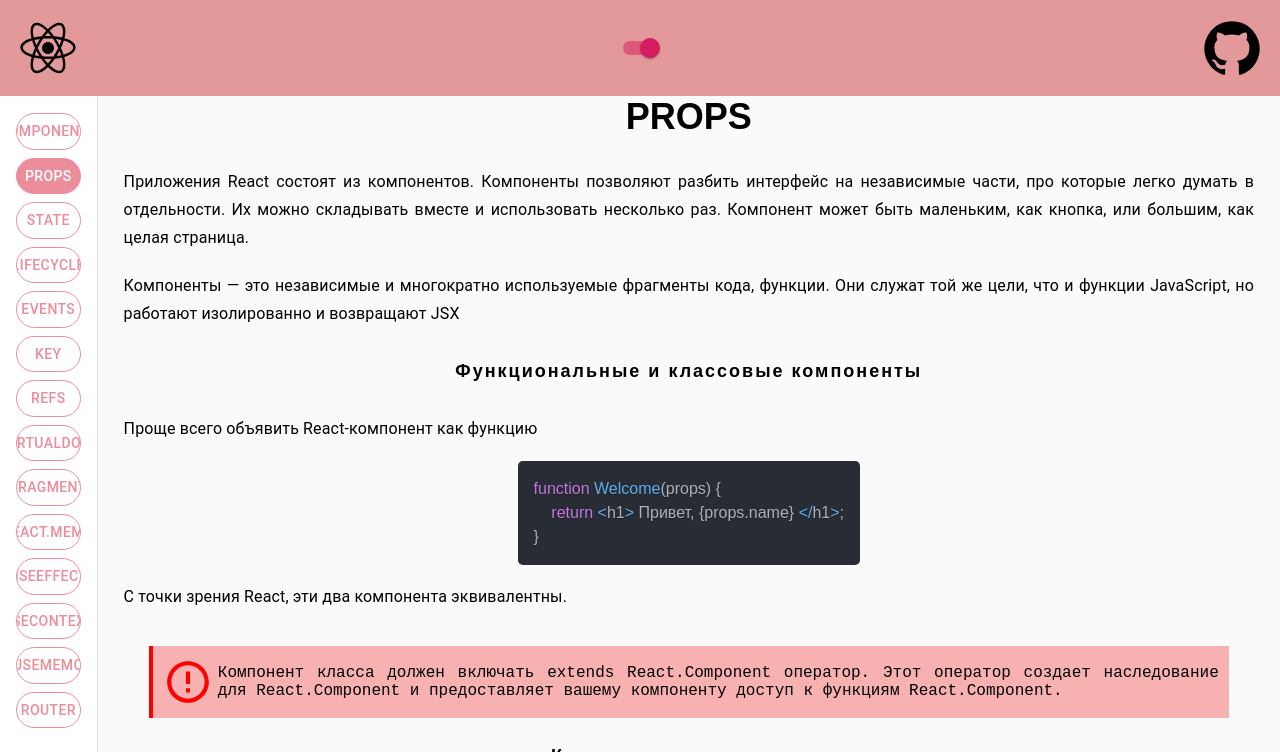
Repository: savannaaaas/reactDocumentation
Page: /topic/props
The author's editor kept a copy of each file at every save. The page is drawn from the files as they stood at one save, then again after the next save.
The browser window is 1280 px wide. The pictures show the whole page.
An inner scrolling area shows only its first screen. The project was rebuilt for these pictures with package versions that can differ from the ones it lists, and the page was loaded fresh each time. Also part of the build but not shown: vite.config.js, src/pages/welcomePage/WelcomeButton/WelcomeButton.jsx, src/pages/welcomePage/Content/ContentWelcome.jsx, src/pages/welcomePage/WelcomePage.jsx, src/data/data.js, src/components/CustomTypography/CustomTypography.jsx.

Above is the page before, as saved 2025-07-31 21:15:00.

After the next save:
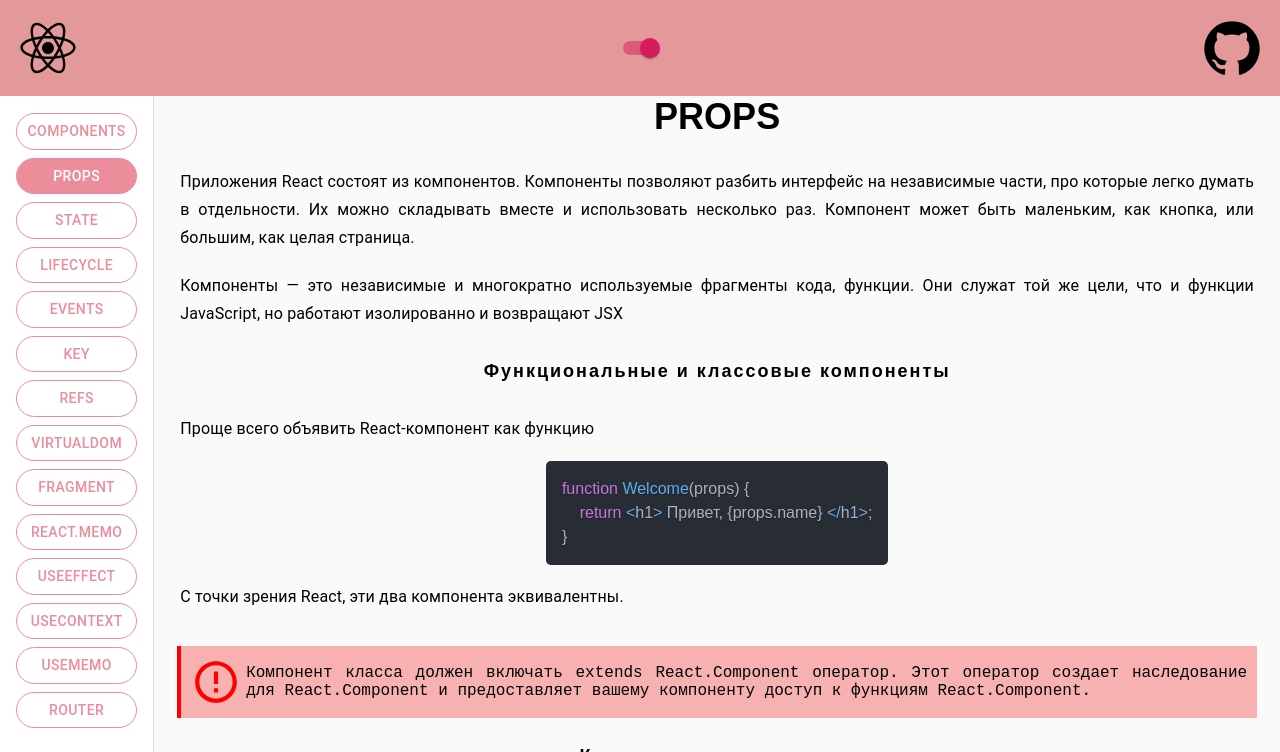
Saved 11 s later.
--- a/src/pages/topicPage/TopicPage.jsx
+++ b/src/pages/topicPage/TopicPage.jsx
@@ -30,7 +30,7 @@
       >
         <Grid
           sx={{
-            width: hasContent ? "30vh" : "10vh",
+            width: hasContent ? "50vh" : "30vh",
             borderRight: "1px solid #ddd",
             overflowY: "auto",
             position: "sticky",
